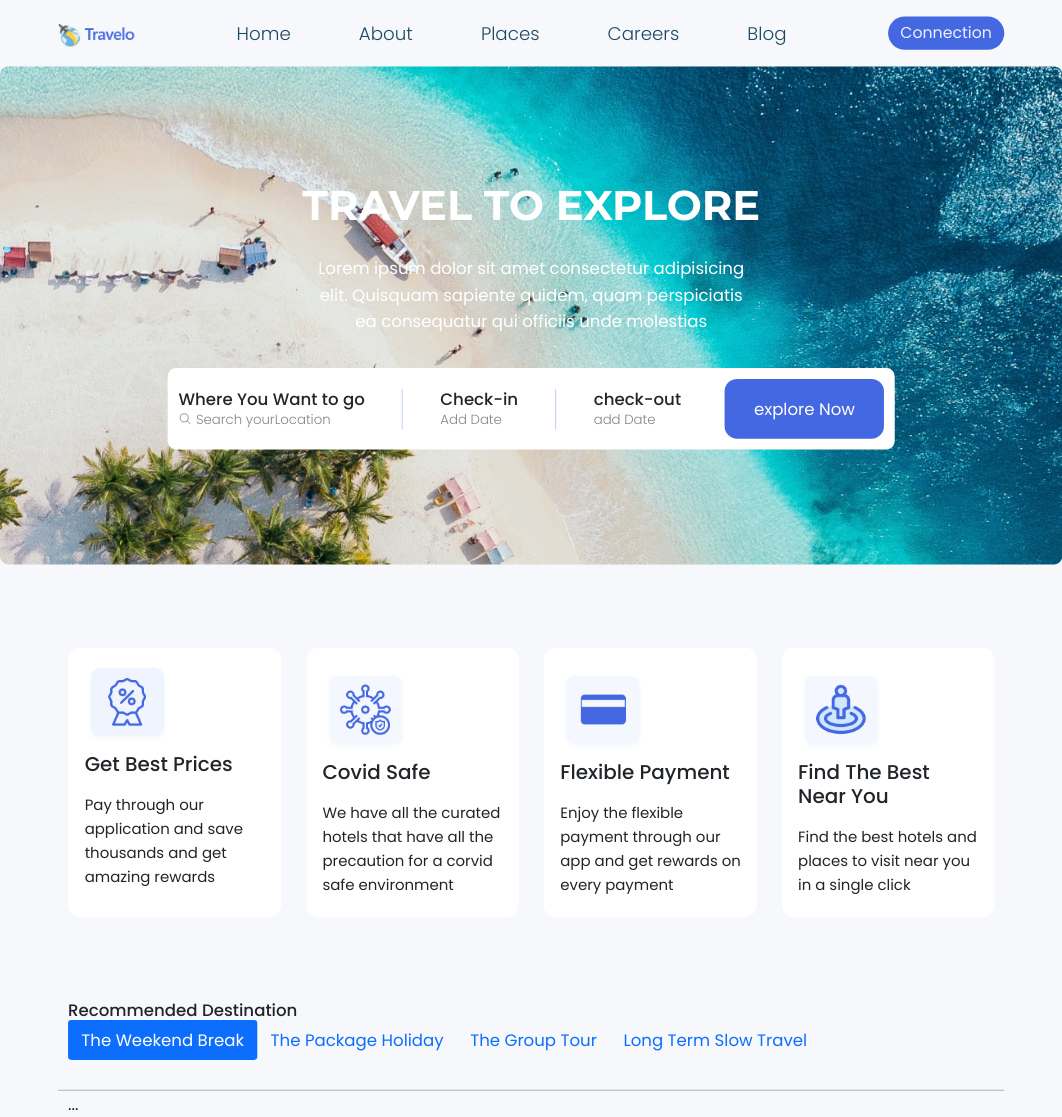
Repository: kuluong2000/travel
Page: index.html
An editor plug-in stored every save of this project. The page is shown before and after the next save, followed by the edit.
The browser window is 1280 px wide. The pictures show the whole page, at 83% of full size.
The style sheet was rebuilt from its Sass, Less or Tailwind sources for each picture, by a compiler version that may differ from the author's.

Above is the page before, as saved 2021-09-09 20:06:33.

After the next save:
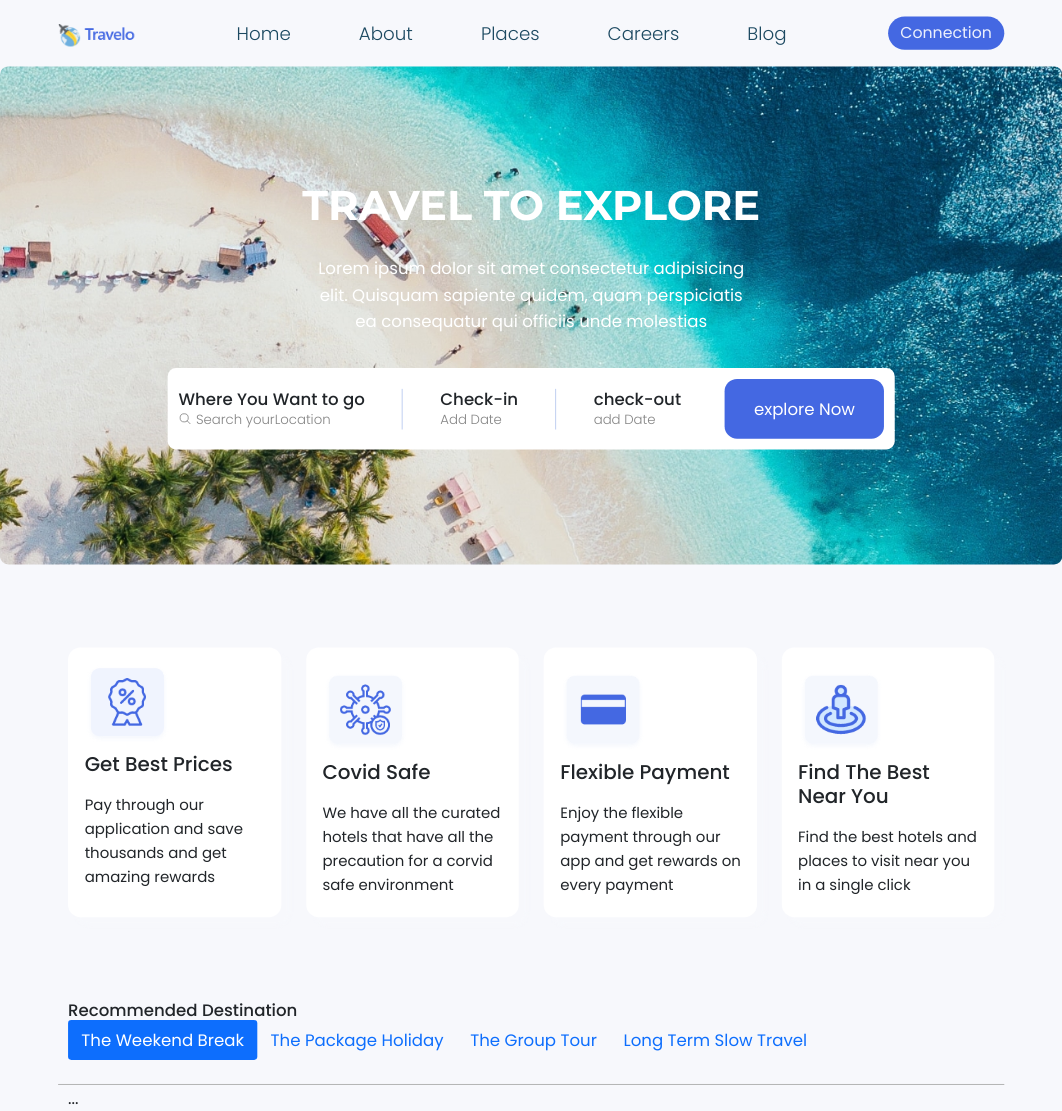
Saved 57 s later.
--- a/assets/sass/_destination.scss
+++ b/assets/sass/_destination.scss
@@ -2,7 +2,7 @@
     &__menu{
         width: 1200px;
         margin: 0 auto;
-        padding-bottom: 20px;
+        padding-bottom: 13px;
         border-bottom:  1px solid #A7A7A7;
     }
 }
